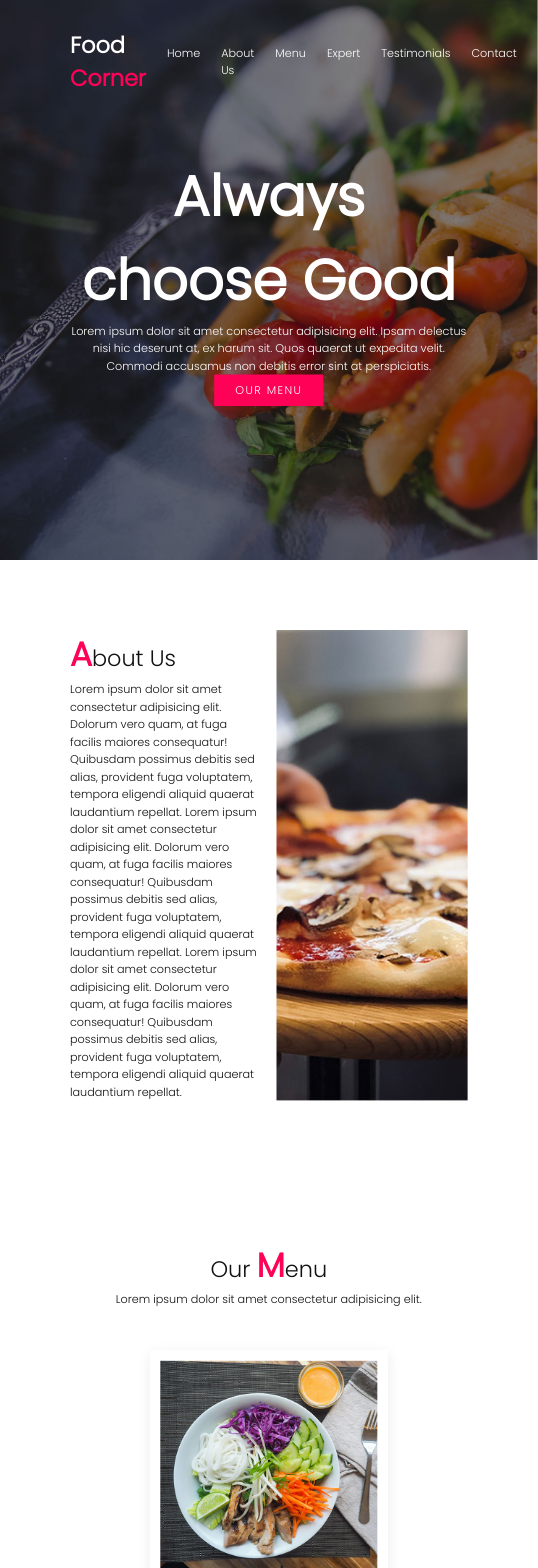
Repository: Adriandias1997/MobileFriendly_FoodWebsite
Page: index.html
An editor plug-in stored every save of this project. The page is shown before and after the next save, followed by the edit.
The browser window is 768 px wide. The pictures show the part of the page from y = 0 to 2240 px (the page is 8144 px tall), at 70% of full size.

Above is the page before, as saved 2020-10-16 19:38:29.

### index.html
<!DOCTYPE html>
<html lang="en">

<head>
    <meta charset="UTF-8">
    <meta name="viewport" content="width=device-width, initial-scale=1.0">
    <title>Food</title>
    <link rel="stylesheet" href="style.css">
</head>

<body>
    <header>
        <a href="#" class="logo">Food <span>Corner</span></a>
        <ul class="navigation">
            <li><a href="#banner">Home</a></li>
            <li><a href="#about">About Us</a></li>
            <li><a href="#menu">Menu</a></li>
            <li><a href="#expert">Expert</a></li>
            <li><a href="#testimonials">Testimonials</a></li>
            <li><a href="#contact">Contact</a></li>
        </ul>

    </header>
    <section class="banner" id="banner">
        <div class="content">
            <h2>Always choose Good</h2>
            <p>Lorem ipsum dolor sit amet consectetur adipisicing elit. Ipsam delectus nisi hic deserunt at, ex harum sit. Quos quaerat ut expedita velit. Commodi accusamus non debitis error sint at perspiciatis.</p>

            <a href="#" class="btn">Our Menu</a>
        </div>
    </section>

    <section class="about" id="about">
        <div class="row">
            <div class="col50">
                <h2 class="titleText"><span>A</span>bout Us</h2>
                <p>Lorem ipsum dolor sit amet consectetur adipisicing elit. Dolorum vero quam, at fuga facilis maiores consequatur! Quibusdam possimus debitis sed alias, provident fuga voluptatem, tempora eligendi aliquid quaerat laudantium repellat. Lorem
                    ipsum dolor sit amet consectetur adipisicing elit. Dolorum vero quam, at fuga facilis maiores consequatur! Quibusdam possimus debitis sed alias, provident fuga voluptatem, tempora eligendi aliquid quaerat laudantium repellat. Lorem
                    ipsum dolor sit amet consectetur adipisicing elit. Dolorum vero quam, at fuga facilis maiores consequatur! Quibusdam possimus debitis sed alias, provident fuga voluptatem, tempora eligendi aliquid quaerat laudantium repellat.
                </p>
            </div>
            <div class="col50">
                <div class="imgBx">
                    <img src="./Images/img1.jpg" alt="">
                </div>
            </div>
        </div>
    </section>

    <section class="menu" id="menu">
        <div class="title">
            <h2 class="titleText">Our <span>M</span>enu</h2>
            <p>Lorem ipsum dolor sit amet consectetur adipisicing elit.
            </p>
        </div>
        <div class="content">
            <div class="box">
                <div class="imgBx">
                    <img src="Images/menu1.jpg" alt="">
                </div>
                <div class="text">
                    <h3>Special Salads</h3>
                </div>
            </div>
            <div class="box">
                <div class="imgBx">
                    <img src="Images/menu2.jpg" alt="">
                </div>
                <div class="text">
                    <h3>Special Soups</h3>
                </div>
            </div>
            <div class="box">
                <div class="imgBx">
                    <img src="Images/menu3.jpg" alt="">
                </div>
                <div class="text">
                    <h3>Special Pasta</h3>
                </div>
            </div>
            <div class="box">
                <div class="imgBx">
                    <img src="Images/menu4.jpg" alt="">
                </div>
                <div class="text">
                    <h3>Special Salads</h3>
                </div>
            </div>
            <div class="box">
                <div class="imgBx">
                    <img src="Images/menu5.jpg" alt="">
                </div>
                <div class="text">
                    <h3>Special Soups</h3>
                </div>
            </div>
            <div class="box">
                <div class="imgBx">
                    <img src="Images/menu6.jpg" alt="">
                </div>
                <div class="text">
                    <h3>Special Salads</h3>
                </div>
            </div>
        </div>
        <div class="title">
            <a href="#" class="btn">
                View All
            </a>
        </div>
    </section>
    <section class="expert" id="expert">
        <div class="title">
            <h2 class="titleText">Our Kitchen <span>E</span>xpert</h2>
            <p>Lorem ipsum dolor sit amet consectetur adipisicing elit.
            </p>
        </div>
        <div class="content">
            <div class="box">
                <div class="imgBx">
                    <img src="Images/expert1.jpg" alt="">
                </div>
                <div class="text">
                    <h3>Tyler Brook</h3>
                </div>
            </div>
            <div class="box">
                <div class="imgBx">
                    <img src="Images/expert2.jpg" alt="">
                </div>
                <div class="text">
                    <h3>Dino Blok</h3>
                </div>
            </div>
            <div class="box">
                <div class="imgBx">
                    <img src="Images/expert3.jpg" alt="">
                </div>
                <div class="text">
                    <h3>Melanie Sasha</h3>
                </div>
            </div>
            <div class="box">
                <div class="imgBx">
                    <img src="Images/expert4.jpg" alt="">
                </div>
                <div class="text">
                    <h3>Bevon Gomez</h3>
                </div>
            </div>
        </div>
    </section>

    <section class="testimonials" id="testimonials">
        <div class="title white">
            <h2 class="titleText">They <span>S</span>aid about Us</h2>
            <p>Lorem ipsum dolor sit amet consectetur adipisicing elit.
            </p>
        </div>
        <div class="content">
            <div class="box">

                <div class="imgBx">
                    <img src="Images/testi1.jpg" alt="">
                </div>
                <div class="text">
                    <p>Lorem ipsum dolor sit amet consectetur adipisicing elit. Ipsam delectus nisi hic deserunt at, ex harum sit. Quos quaerat ut expedita velit. Commodi accusamus non debitis error sint at perspiciatis.
                    </p>
                    <h3>Christina Dias</h3>
                </div>
            </div>
            <div class="box">

                <div class="imgBx">
                    <img src="Images/testi2.jpg" alt="">
                </div>
                <div class="text">
                    <p>Lorem ipsum dolor sit amet consectetur adipisicing elit. Ipsam delectus nisi hic deserunt at, ex harum sit. Quos quaerat ut expedita velit. Commodi accusamus non debitis error sint at perspiciatis.
                    </p>
                    <h3>Charlie Walker</h3>
                </div>
            </div>
            <div class="box">

                <div class="imgBx">
                    <img src="Images/testi3.jpg" alt="">
                </div>
                <div class="text">
                    <p>Lorem ipsum dolor sit amet consectetur adipisicing elit. Ipsam delectus nisi hic deserunt at, ex harum sit. Quos quaerat ut expedita velit. Commodi accusamus non debitis error sint at perspiciatis.
                    </p>
                    <h3>Maya Jensen</h3>
                </div>
            </div>
        </div>
    </section>

    <section class="contact" id="contact">
        <div class="title">
            <h2 class="titleText"><span>C</span>ontact Us</h2>
            <p>Lorem ipsum dolor sit amet consectetur adipisicing elit.
            </p>
        </div>
        <div class="contactForm">
            <h3>Send Message</h3>
            <div class="inputBox">
                <input type="text" placeholder="Name">
            </div>
            <div class="inputBox">
                <input type="text" placeholder="Email">
            </div>
            <div class="inputBox">
                <textarea placeholder="Say Something"></textarea>

                <div class="inputBox">
                    <input type="submit" value="send">
                </div>

            </div>
    </section>
    <div class="copyrightText">
        <p>Copyright 2020 <a href="#">Adrian Dias</a>. All Right Reserved</p>

    </div>
    <script src="index.js"></script>
</body>

</html>

### style.css
        @import url("https://fonts.googleapis.com/css2?family=Poppins:wght@300&display=swap");
        * {
            margin: 0;
            padding: 0;
            box-sizing: border-box;
            font-family: "Poppins", sans-serif;
            scroll-behavior: smooth;
        }

        p {
            font-weight: 300;
            color: #111;
        }
        /* body {
    min-height: 1000px;
} */

        .banner {
            position: relative;
            width: 100%;
            min-height: 100vh;
            display: flex;
            justify-content: center;
            align-items: center;
            background: url(./Images/bg.jpg);
            background-size: cover;
        }

        .banner .content {
            max-width: 900px;
            text-align: center;
        }

        .banner .content h2 {
            font-size: 5em;
            color: #fff;
        }

        .banner .content p {
            font-size: 1em;
            color: #fff;
        }

        .btn {
            font-size: 1em;
            color: #fff;
            background: #ff0157;
            display: inline-block;
            padding: 10px 30px;
            text-transform: uppercase;
            text-decoration: none;
            letter-spacing: 2px;
            transition: 0.5s;
        }

        .btn:hover {
            background-color: #fff;
            color: #ff0157;
            letter-spacing: 6px;
        }

        header {
            position: fixed;
            top: 0;
            left: 0;
            width: 100%;
            padding: 40px 100px;
            z-index: 10000;
            display: flex;
            justify-content: space-between;
            align-items: center;
            transition: 0.5s;
        }

        header.sticky {
            background: #fff;
            padding: 10px 100px;
            box-shadow: 0 5px 20px rgba(0, 0, 0, 0.05);
        }

        header .logo {
            color: #fff;
            font-weight: 700;
            text-decoration: none;
            font-size: 2em;
        }

        header.sticky .logo {
            color: #111;
        }

        header .logo span {
            color: #ff0157;
        }

        header .navigation {
            position: relative;
            display: flex;
        }

        header .navigation li {
            list-style: none;
            margin-left: 30px;
        }

        header .navigation li a {
            text-decoration: none;
            color: #fff;
            font-weight: 300;
        }

        header.sticky .navigation li a {
            color: #111;
            font-weight: 300;
        }

        header .navigation li a:hover {
            color: #ff0157;
        }

        section {
            padding: 100px;
        }

        .row {
            position: relative;
            width: 100%;
            display: flex;
            justify-content: space-between;
        }

        .row .col50 {
            position: relative;
            width: 48%;
        }

        .titleText {
            color: #111;
            font-size: 2em;
            font-weight: 400;
        }

        .titleText span {
            color: #ff0157;
            font-size: 1.5em;
            font-weight: 700;
        }

        .row .col50 .imgBx {
            position: relative;
            width: 100%;
            height: 100%;
            /* min-height: 300px; */
        }

        .row .col50 .imgBx img {
            position: relative;
            top: 0;
            left: 0;
            width: 100%;
            height: 100%;
            object-fit: cover;
        }

        .title {
            width: 100%;
            display: flex;
            justify-content: center;
            align-items: center;
            flex-direction: column;
        }

        .menu .content {
            display: flex;
            justify-content: center;
            flex-direction: row-reverse;
            flex-wrap: wrap;
            margin-top: 40px;
        }

        .menu .content .box {
            width: 340px;
            margin: 20px;
            border: 15px solid #fff;
            box-shadow: 0 5px 20px rgba(0, 0, 0, 0.08);
        }

        .menu .content .box .imgBx {
            position: relative;
            width: 100%;
            height: 300px;
        }

        .menu .content .box .imgBx img {
            position: absolute;
            top: 0;
            left: 0;
            width: 100%;
            height: 100%;
            object-fit: cover;
        }

        .menu .content .box .text {
            padding: 15px 0 5px;
        }

        .menu .content .box .text h3 {
            font-weight: 400;
            color: #111;
        }

        .expert .content {
            display: flex;
            justify-content: center;
            align-items: center;
            flex-wrap: wrap;
            flex-direction: row;
            margin-top: 40px;
        }

        .expert .content .box {
            width: 250px;
            margin: 15px;
        }

        .expert .content .box .imgBx {
            position: relative;
            width: 100%;
            height: 300px;
        }

        .expert .content .box .imgBx img {
            position: absolute;
            top: 0;
            left: 0;
            width: 100%;
            height: 100%;
            object-fit: cover;
        }

        .expert .content .box .text {
            padding: 15px 0 5px;
        }

        .expert .content .box .text h3 {
            font-weight: 400;
            color: #111;
        }

        .testimonials {
            background: url(./Images/bg2.jpg);
            background-size: cover;
        }

        .white .titleText,
        .white p {
            color: #fff;
        }

        .testimonials .content {
            display: flex;
            justify-content: center;
            flex-wrap: wrap;
            flex-direction: row;
            margin-top: 40px;
        }

        .testimonials .content .box {
            width: 340px;
            margin: 20px;
            padding: 40px;
            background: #fff;
            display: flex;
            justify-content: center;
            align-items: center;
            flex-direction: column;
        }

        .testimonials .content .box .imgBx {
            position: relative;
            width: 80px;
            height: 80px;
            margin-bottom: 20px;
            border-radius: 50%;
            overflow: hidden;
        }

        .testimonials .content .box .imgBx img {
            position: absolute;
            top: 0;
            left: 0;
            width: 100%;
            height: 100%;
            object-fit: cover;
        }

        .testimonials .content .box .text {
            text-align: center;
        }

        .testimonials .content .box .text p {
            color: #666;
            font-style: italic;
            font-size: 15px;
        }

        .testimonials .content .box .text h3 {
            margin-top: 20px;
            color: #ff0157;
            font-size: 1em;
            font-weight: 600;
        }

        .contact {
            background: url(./Images/bg3.jpg);
            background-size: cover;
        }

        .contactForm {
            padding: 75px 50px;
            background: #fff;
            box-shadow: 0 15px 50px rgba(0, 0, 0, 0.1);
            max-width: 500px;
            margin-top: 50px;
        }

        .contactForm h3 {
            color: #111;
            font-size: 1.2em;
            margin-bottom: 20px;
            font-weight: 500;
        }

        .contactForm .inputBox {
            position: relative;
            width: 100%;
            margin-bottom: 20px;
        }

        .contactForm .inputBox input,
        .contactForm .inputBox textarea {
            width: 100%;
            border: 1px solid #555;
            padding: 10px;
            color: #111;
            outline: none;
            font-size: 16px;
            font-weight: 300;
            resize: none;
        }

        .contactForm .inputBox input[type='submit'] {
            font-size: 1em;
            color: #fff;
            background: #ff0157;
            display: inline-block;
            text-transform: uppercase;
            text-decoration: none;
            letter-spacing: 2px;
            transition: 0.5s;
            max-width: 100px;
            font-weight: 500;
            border: none;
            cursor: pointer;
        }

        .copyrightText {
            padding: 8px 40px;
            border-top: 1px solid rgba(0, 0, 0, 0.1);
            text-align: center;
        }

        .copyrightText p {
            color: #333;
        }

        .copyrightText a {
            color: #ff0157;
            font-weight: 500;
            text-decoration: none;
        }

### index.js
window.addEventListener('scroll', function() {
    const header = document.querySelector('header');
    header.classList.toggle('sticky', window.scrollY > 0);
});

After the next save:
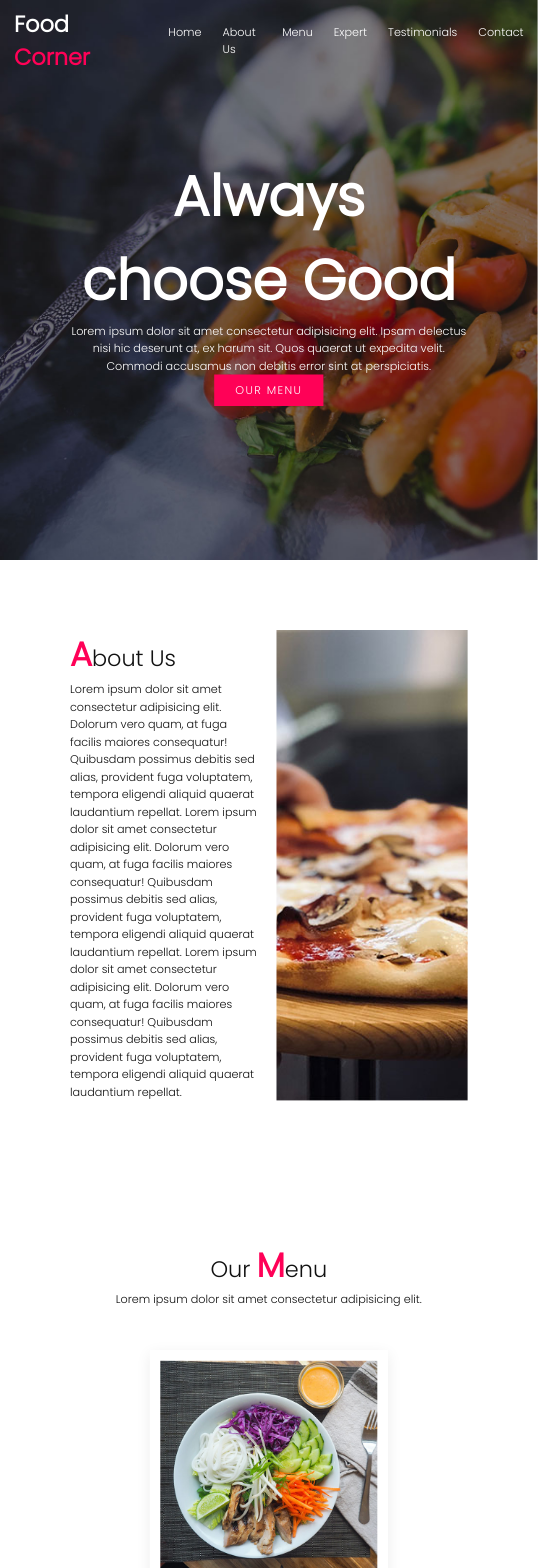
Saved 98 s later.
--- a/style.css
+++ b/style.css
@@ -379,3 +379,10 @@
             font-weight: 500;
             text-decoration: none;
         }
+
+        @media(max-width:991px) {
+            header,
+            header.sticky {
+                padding: 10px 20px;
+            }
+        }
